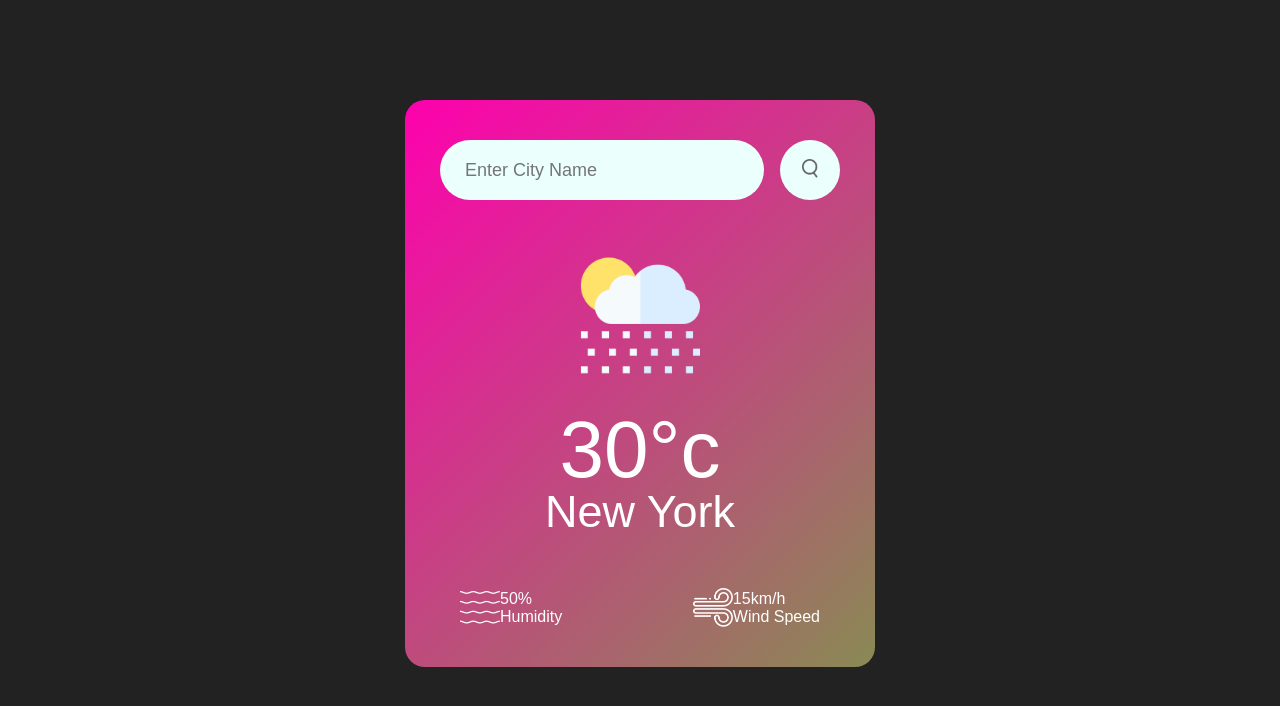
Repository: dubeprince/WeatherApp-Project
Page: WeatherApp/index.html
These files come from the project's save history. The page is drawn as it stood at one moment and after the next save; the edit follows.
The browser window is 1280 px wide. The pictures show the whole page.

Above is the page before, as saved 2023-05-26 11:28:14.

After the next save:
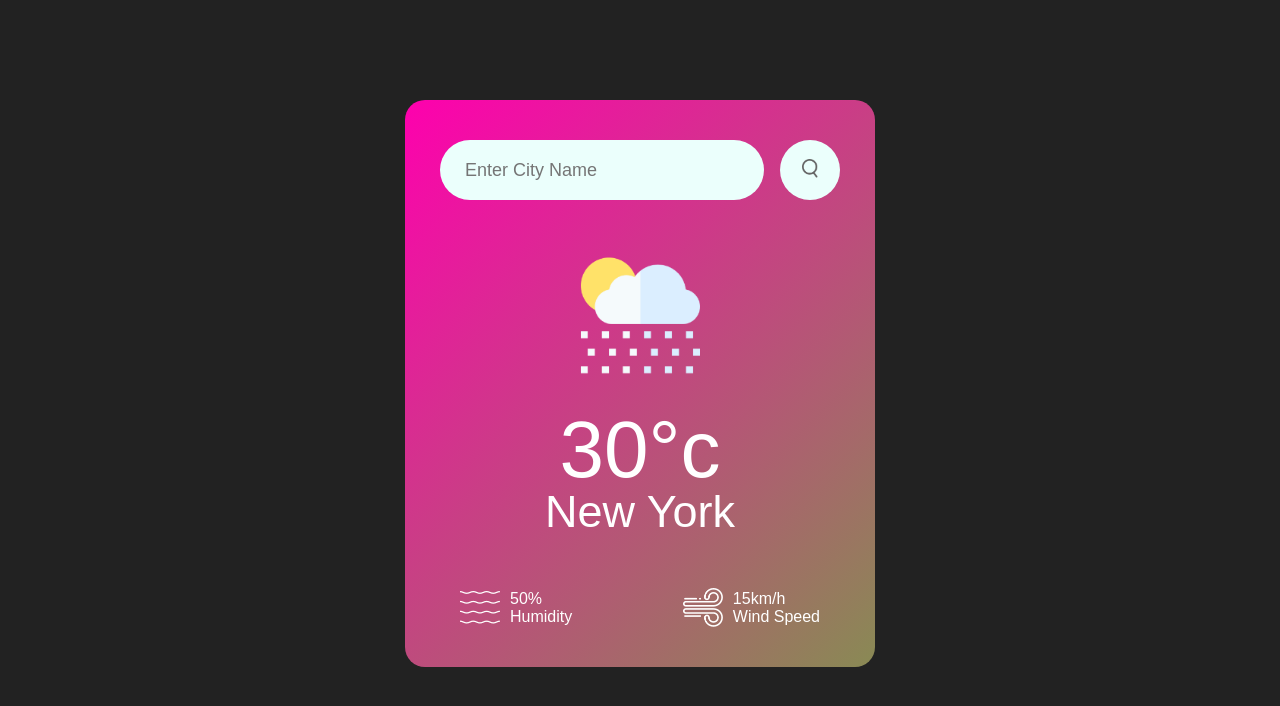
Saved 23 s later.
--- a/WeatherApp/style.css
+++ b/WeatherApp/style.css
@@ -79,5 +79,6 @@
 }
 .col img{
     width: 40px;
+    margin-right: 10px;
 
 }

After the save that followed:
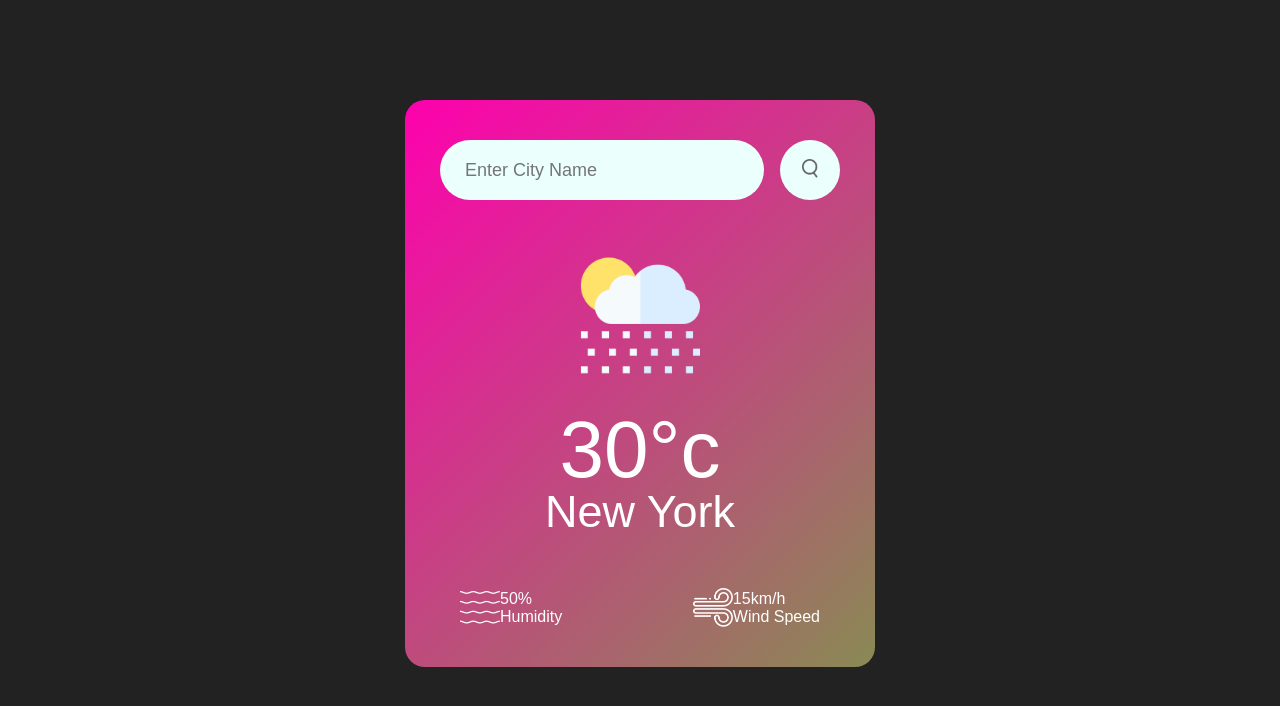
Saved 54 s later.
--- a/WeatherApp/style.css
+++ b/WeatherApp/style.css
@@ -79,6 +79,6 @@
 }
 .col img{
     width: 40px;
-    margin-right: 10px;
+
 
 }
